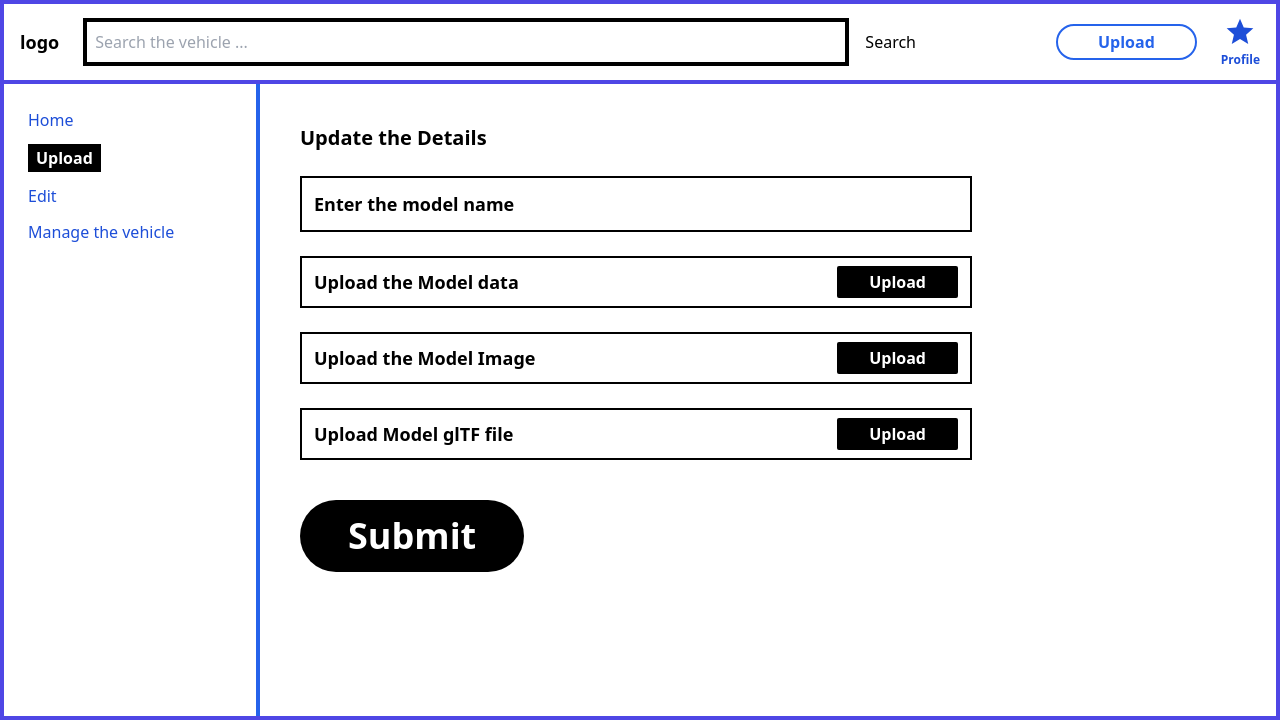
Repository: dineshkumarstecdra-pixel/3d-manual
Page: adminupload.html
The author's editor kept a copy of each file at every save. The page is drawn from the files as they stood at one save, then again after the next save.
The browser window is 1280 px wide. The pictures show the whole page.
Some web libraries are served in a nearby version.

Above is the page before, as saved 2026-04-16 14:48:36.

After the next save:
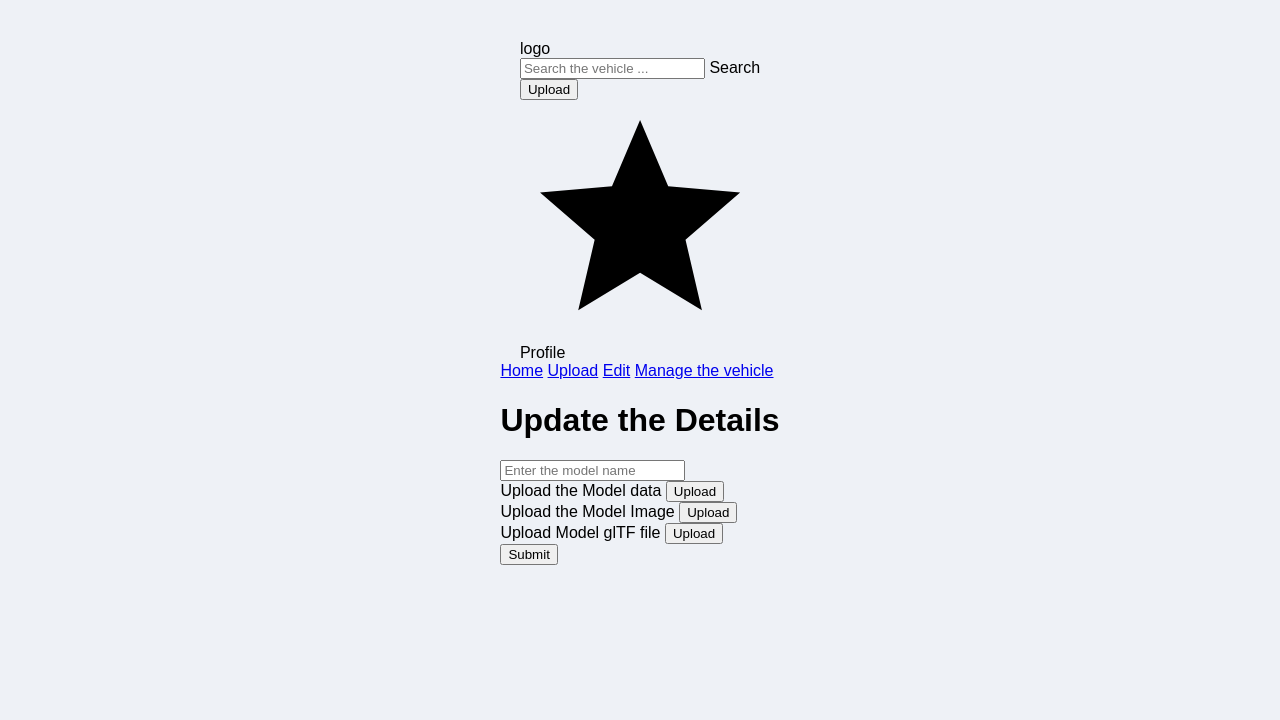
Saved 10 s later.
--- a/adminupload.html
+++ b/adminupload.html
@@ -4,12 +4,8 @@
     <meta charset="UTF-8">
     <meta name="viewport" content="width=device-width, initial-scale=1.0">
     <title>Admin - Upload</title>
-    <script src="https://cdn.tailwindcss.com"></script>
-    <style>
-        .layout-border { border: 4px solid #4f46e5; }
-        .thick-border { border: 4px solid #000; }
-        .form-border { border: 2px solid #000; }
-    </style>
+    <script src="/src/admin.js"></script>
+     <link rel="stylesheet" href="/src/admin.css">
 </head>
 <body class="h-screen flex flex-col font-sans bg-white overflow-hidden">
 
